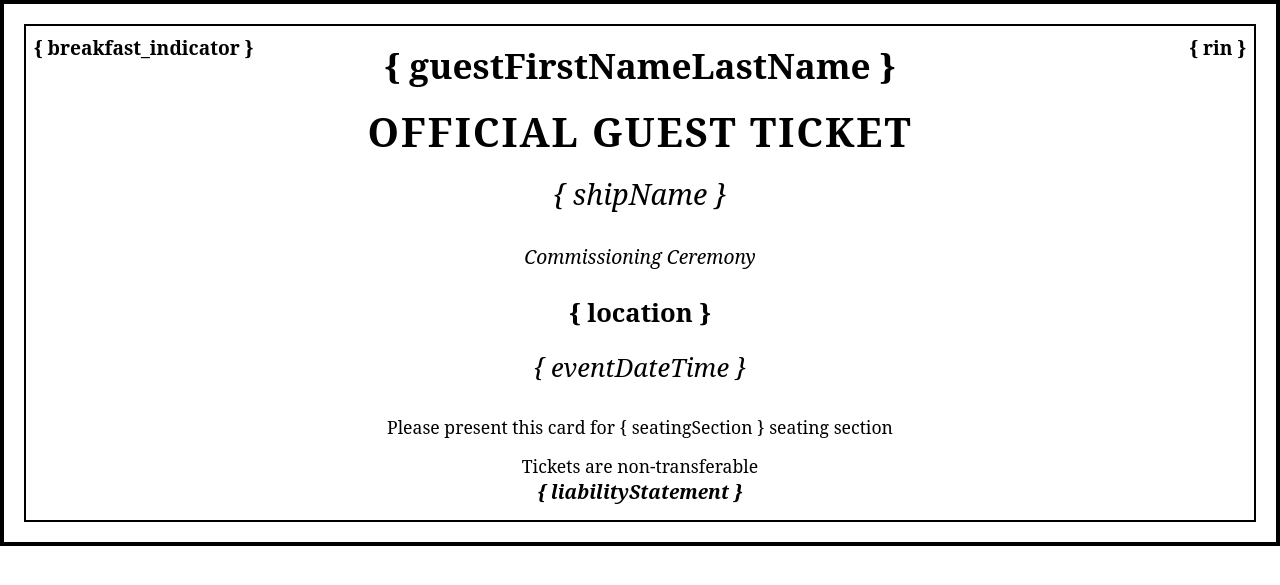
Repository: yaleevans/SabelWeasyPrintPDFLambda
Page: event_ticket_template.html
An editor plug-in stored every save of this project. The page is shown before and after the next save, followed by the edit.
The browser window is 1280 px wide. The pictures show the whole page.

Above is the page before, as saved 2025-10-22 10:32:31.

After the next save:
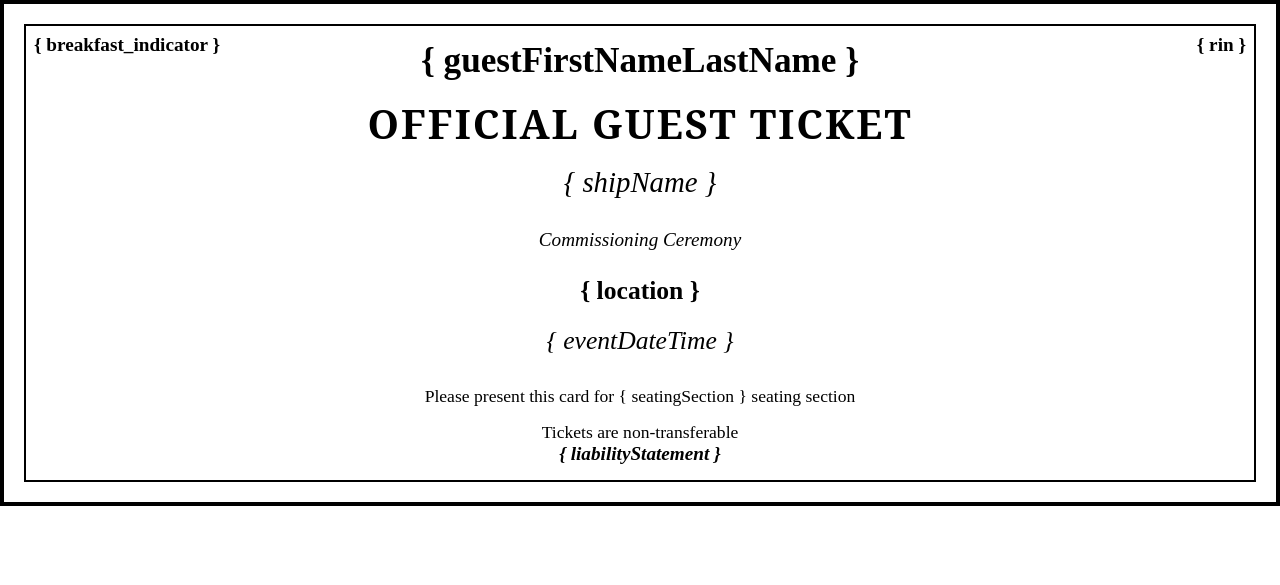
Saved 2 min 29 s later.
--- a/event_ticket_template.html
+++ b/event_ticket_template.html
@@ -16,7 +16,6 @@
         body {
             margin: 0;
             padding: 0;
-            font-family: 'Noto Serif', serif;
             background-color: white;
             /* Ensure body fills the @page area */
             width: 100%;
